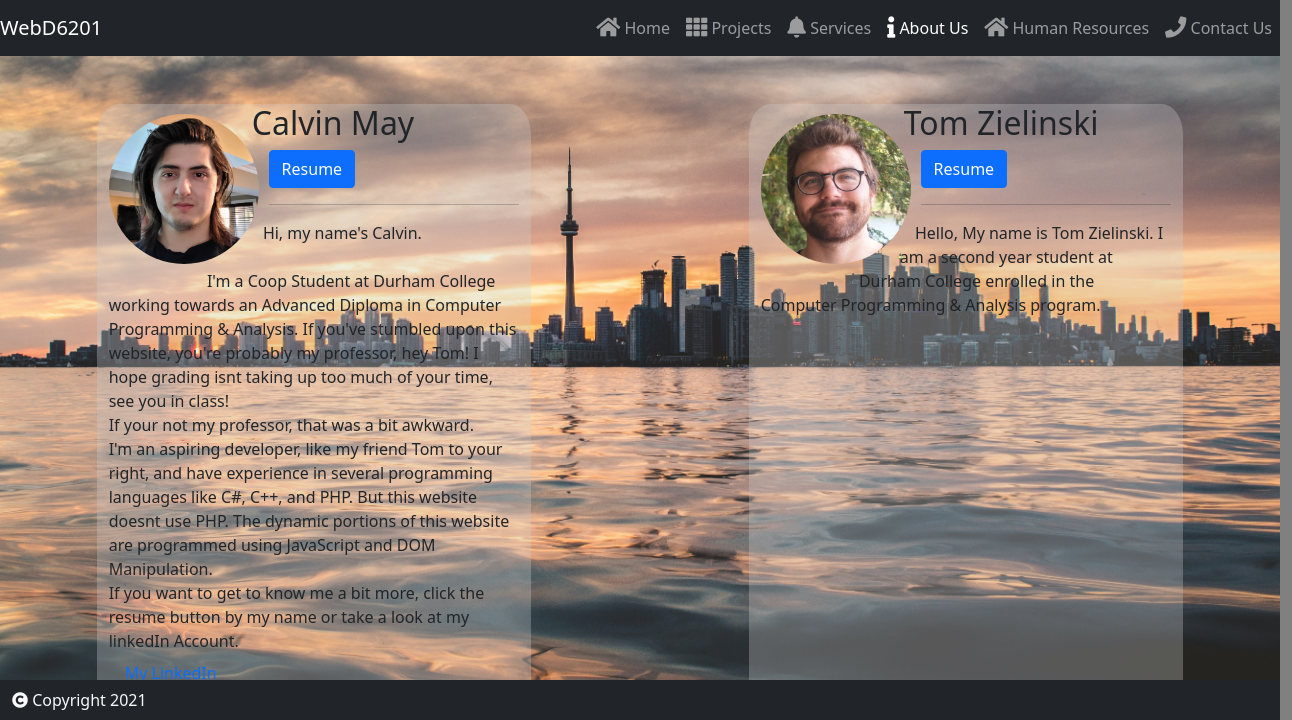
Repository: Tomelinski/Webd6201-Lab02
Page: about.html
The author's editor kept a copy of each file at every save. The page is drawn from the files as they stood at one save, then again after the next save.
The browser window is 1280 px wide. The page is 1292 px wide, so the pictures cover 1292 px, including what lies to the right of the window. The pictures show the whole page.
Backgrounds fixed to the window are drawn as part of the page.

Above is the page before, as saved 2021-02-05 19:42:48.

### about.html
<!-- Author(s): Tom Zielinski,
 *              Calvin May
 *
 *   Date: 02/02/2021 | Last Modified: 02/03/2021
 *   Document: about.html
 *   Description: ...
-->
<!DOCTYPE html>
<html lang="en">
<head>
    <meta charset="UTF-8">
    <meta name="viewport" content="width=device-width, initial-scale=1.0">
    <title>About</title>
    <!-- -->
    <link rel="stylesheet" href="./node_modules/bootstrap/dist/css/bootstrap.min.css">
    <link rel="stylesheet" href="./node_modules/@fortawesome/fontawesome-free/css/all.min.css">
    <link rel="stylesheet" href="./Content/app.css">

</head>
<body>
      <!-- Main header -->
      <header>
        <!-- Main Nav -->
          <nav class="navbar navbar-expand-lg navbar-dark bg-dark ">
              <a class="navbar-brand" href="./index.html">WebD6201</a>
              <button class="navbar-toggler" type="button" data-toggle="collapse" data-target="#navbarSupportedContent" aria-controls="navbarSupportedContent" aria-expanded="false" aria-label="Toggle navigation">
                <span class="navbar-toggler-icon"></span>
              </button>

              <div class="collapse navbar-collapse" id="navbarSupportedContent">
                <ul id="pageList" class="navbar-nav ms-auto mb-2 mb-lg-0">
                  <li class="nav-item ">
                    <a class="nav-link" aria-current="page" href="index.html"><i class="fas fa-home fa-lg"></i> Home</a>
                  </li>

                  <li class="nav-item">
                      <a id="projects" class="nav-link" aria-current="page" href="products.html"><i class="fas fa-th fa-lg"></i> Products</a>
                  </li>

                  <li class="nav-item">
                      <a class="nav-link" aria-current="page" href="services.html"><i class="fas fa-bell fa-lg"></i> Services</a>
                  </li>

                  <li class="nav-item">
                      <a class="nav-link active" aria-current="page" href="about.html"><i class="fas fa-info fa-lg"></i> About Us</a>
                  </li>

                  <li class="nav-item">
                      <a class="nav-link" aria-current="page" href="contact.html"><i class="fas fa-phone fa-lg"></i> Contact Us</a>
                  </li>
                </ul>
              </div>
            </nav>
      </header>

      <main>
        <div class="container"></div>
          <div class="row justify-content-around">
            <div id="about-calvin" class="col-4 mt-5 about-background">

            </div>
            <div id="about-tom" class="col-4 mt-5 about-background">

            </div>
          </div>
        </div>
      </main>

    <!-- Script section -->
    <script src="./node_modules/jquery/dist/jquery.min.js"></script>
    <script src="./node_modules/bootstrap/dist/js/bootstrap.bundle.min.js"></script>
    <script src="./Scripts/app.js"></script>
</body>

</html>

### Content/app.css
/* Author(s): Tom Zielinski,
 *              Calvin May
 *
 *   Date: 02/02/2021 | Last Modified: 02/03/2021
 *   Document: Services.html
 *   Description: ...
*/
/* Custom css page */
body{
    width:100vw;
    height:100vh;
    background: url("../Pictures/Toronto.jpg") no-repeat center center fixed;
    -webkit-background-size: cover;
    -moz-background-size: cover;
    -o-background-size: cover;
    background-size: cover;
    overflow-x: hidden;
    margin:0px;
    min-height:100%;
    background-color: gray;
}

.headshot-portrait{
    width: 150px;
    height: 150px;
    border-radius: 50%;
    float: left;
    shape-outside: circle();
    margin: 10px 10px 15px 0px;
}

.about-background{
    background: rgba(210, 210, 210, 0.3);
    border-radius: 5%;

}

### Scripts/app.js
/** Author(s): Tom Zielinski,
 *             Calvin May
 *
 *  Date: 02/02/2021 | Last Modified: 02/03/2021
 *  Document: app.js
 *  Description: ...
 */

/** Custom JavaScript Page */

/** IFFE Function */
(() => {

    // Declarations
    let mainContent = document.getElementsByTagName("main")[0]; // Holds the <main> element


    // First Fix the upper, lower navbars. Ensuring they display properly
    fixNavBars();

    /** Web Application Startup Functions */
    /** Start() - Lets the application know which content to load
     *          based on the title of the document.
    */
    function Start() {
        console.log("Web App Started.");``


        // A switch case used to figure out which page is being loaded.
        switch (document.title) {
            case "Home":
                displayHomePage();
                break;
            case "About":
                displayAboutPage();
                break;
            case "Contact":
                displayContactPage();
                break;
            case "Projects":
                displayProjectsPage();
                break;
            case "Services":
                displayServicesPage();
                break;
            case "Human Resources":
                displayHumanResourcesPage();
                break;
        }

    }

    /** Display Page Content Functions */
    /** displayHomePage() - Loads the Content for index.html */
    function displayHomePage() {

        let newParagraph = document.createElement("p");
        newParagraph.setAttribute("id", "paragraphOne");
        newParagraph.className = "fs-6 col col-md-4 mt-5 m-auto px-4 border border-dark border-4 rounded";
        newParagraph.textContent = "Welcome to Cavlin May's and Tom Zielinski's Webd6201 Lab01 webpage.";

        mainContent.appendChild(newParagraph);
    }

    /** displayAboutPage() - Loads the Content for about.html */
    function displayAboutPage() {

        // About Tom Content
        //-Create Elements for About Tom
        let aboutTomDiv = document.getElementById("about-tom");
        let tomHeading = document.createElement("h2");
        let pic = document.createElement("img");
        let aboutTom = document.createElement("p");
        let tomResume = document.createElement("a");

        // Set the Attributes, html, and Content for Toms Elements
        //-Name Heading
        tomHeading.textContent = "Tom Zielinski";
        //-Portrait
        pic.setAttribute("src", "../Pictures/Tom.jpeg");
        pic.setAttribute("class", "headshot-portrait");
        pic.setAttribute("alt", "Headshot of Tom");
        //-Resume
        tomResume.setAttribute("href", "../files/resumes/Tom_Resume.pdf");
        tomResume.setAttribute("download", "");
        tomResume.setAttribute("class", "btn btn-primary");
        tomResume.textContent = "Resume";
        //-About Info
        aboutTom.innerHTML = `<hr/><p>Hello, My name is Tom Zielinski. I am a second year student at Durham College enrolled in the Computer Programming & Analysis program.</p>`;

        // Insert the Elements within the about-tom div
        aboutTomDiv.appendChild(pic);
        aboutTomDiv.appendChild(tomHeading);
        aboutTomDiv.appendChild(tomResume);
        aboutTomDiv.appendChild(aboutTom);

        // About Calvin Content
        //-Create Elements for About Calvin
        let aboutCalvinDiv = document.getElementById("about-calvin");
        let calvinHeading = document.createElement("h2");
        let calvinPortrait = document.createElement("img");
        let aboutCalvin = document.createElement("p");
        let calvinResume = document.createElement("a");

        // Set the Attributes, html, and Content for Toms Elements
        //-Name Heading
        calvinHeading.textContent = "Calvin May";
        //-Portrait
        calvinPortrait.setAttribute("src", "../Pictures/Calvin.jpg");
        calvinPortrait.setAttribute("class", "headshot-portrait");
        calvinPortrait.setAttribute("alt", "Headshot of Tom");
        //-Resume
        calvinResume.setAttribute("href", "../files/resumes/Calvin_Resume.pdf");
        calvinResume.setAttribute("download", "");
        calvinResume.setAttribute("class", "btn btn-primary");
        calvinResume.textContent = "Resume";
        //-About Info
        aboutCalvin.innerHTML = `<hr/>
        <p>Hi, my name's Calvin. <br/><br/>
        I'm a Coop Student at Durham College working towards an Advanced Diploma in
        Computer Programming & Analysis. If you've stumbled upon this website, you're
        probably my professor, hey Tom! I hope grading isnt taking up too much of your
        time, see you in class! <br/>
        If your not my professor, that was a bit awkward. <br/>
        I'm an aspiring developer, like my friend Tom to your right, and have experience
        in several programming languages like C#, C++, and PHP. But this website doesnt
        use PHP. The dynamic portions of this website are programmed using JavaScript
        and DOM Manipulation.
        <br/>
        If you want to get to know me a bit more, click the resume button by my name or
        take a look at my linkedIn Account. <br/>
        <a class="nav-link" href="https://www.linkedin.com/in/calvin-may-384798200/">My LinkedIn</a>
        </p>`;

        // Insert the Elements within the about-tom div
        aboutCalvinDiv.appendChild(calvinPortrait);
        aboutCalvinDiv.appendChild(calvinHeading);
        aboutCalvinDiv.appendChild(calvinResume);
        aboutCalvinDiv.appendChild(aboutCalvin);
    }

    /** displayContactPage() - Loads the Content for contact.html */
    function displayContactPage() {

    }

    /** displayProjectsPage() - Loads the Content for projects.html */
    function displayProjectsPage() {

    }

    /** displayServicesPage() - Loads the Content for services.html */
    function displayServicesPage() {

    }

    /** displayHumanResourcesPage() - Loads the Content for human_resources.html */
    function displayHumanResourcesPage() {


    }

    /**
     * fixNavBars() - This Function is used to finish creating the Header/Footer Navbars
     *              using DOM Manipulation and Injection. First it fixes the "Products"
     *              NavBar link to correctly show, "Projects" and link to the projects.html
     *              page. It also Insert a new NavBar link, "Human Recources" between
     *              "About us" and "Contact Us" links. Finally, it adds a footer to the
     *              bottom of the page.
     */
    function fixNavBars()
    {
        // Fix the "Products" Nav item
        let projectPageAnchor = document.getElementById("projects");    // Get the Nav item Anchor tag by id
        projectPageAnchor.setAttribute("href", "projects.html");        // Correctly set the Hypertext Reference attribute
        projectPageAnchor.innerHTML = "<i class=\"fas fa-th fa-lg\"></i> Projects"; // Correctly set the text to indicate a project page

        // Insert a Nav item for Human Resources
        let navBarItemList = document.getElementById("pageList");  // Get the <ul> holding the Page links
        let humanResourcesListItem = document.createElement("li"); // Create a new list Item
        humanResourcesListItem.setAttribute("class", "nav-item");  // Set the class of the list item to "nav-item"
        // Create the anchor that will exist within the humanResourcesListItem
        let hrListItemData = '<a class="nav-link" aria-current="page" ' +
                             'href="human_resources.html"><i class="fas fa-home fa-lg"></i> Human Resources</a>';
        // Set the innerHtml with the data above
        humanResourcesListItem.innerHTML = hrListItemData;
        // Insert the new listitem before the 8th child within the <ul>
        //-(8th because it counts both the <li> elements and the <a> elements within)
        navBarItemList.insertBefore(humanResourcesListItem, navBarItemList.childNodes[8]);


        // Insert a new footer NavBar
        let footerData = "";    // A variable to hold the html code for the footers navBar
        // Create the footer element
        let pageFooter = document.createElement("footer");
        // Insert the new footer element before the "next" sibling of <main>
        //-Reads as <body>.insertBefore(pageFooter, elementAfterMain)
        mainContent.parentNode.insertBefore(pageFooter, mainContent.nextSibling);

        footerData = '<nav class="navbar fixed-bottom navbar-dark bg-dark"> ' +
                     '<div class="container-fluid"> ' +
                     '<h7 class="text-light"><i class="fas fa-copyright text-light"></i> Copyright 2021</h7> ' +
                     '</div> ' +
                     '</nav> ';
        pageFooter.innerHTML = footerData;

    }

    // Add an event listener for the load event (Page load).
    //-Call the Start() function so that we can display page
    //-specific content
    window.addEventListener("load", Start);

})();

Loaded but not shown: node_modules/bootstrap/dist/css/bootstrap.min.css (library); node_modules/@fortawesome/fontawesome-free/css/all.min.css (library); node_modules/jquery/dist/jquery.min.js (library); node_modules/bootstrap/dist/js/bootstrap.bundle.min.js (library)

After the next save:
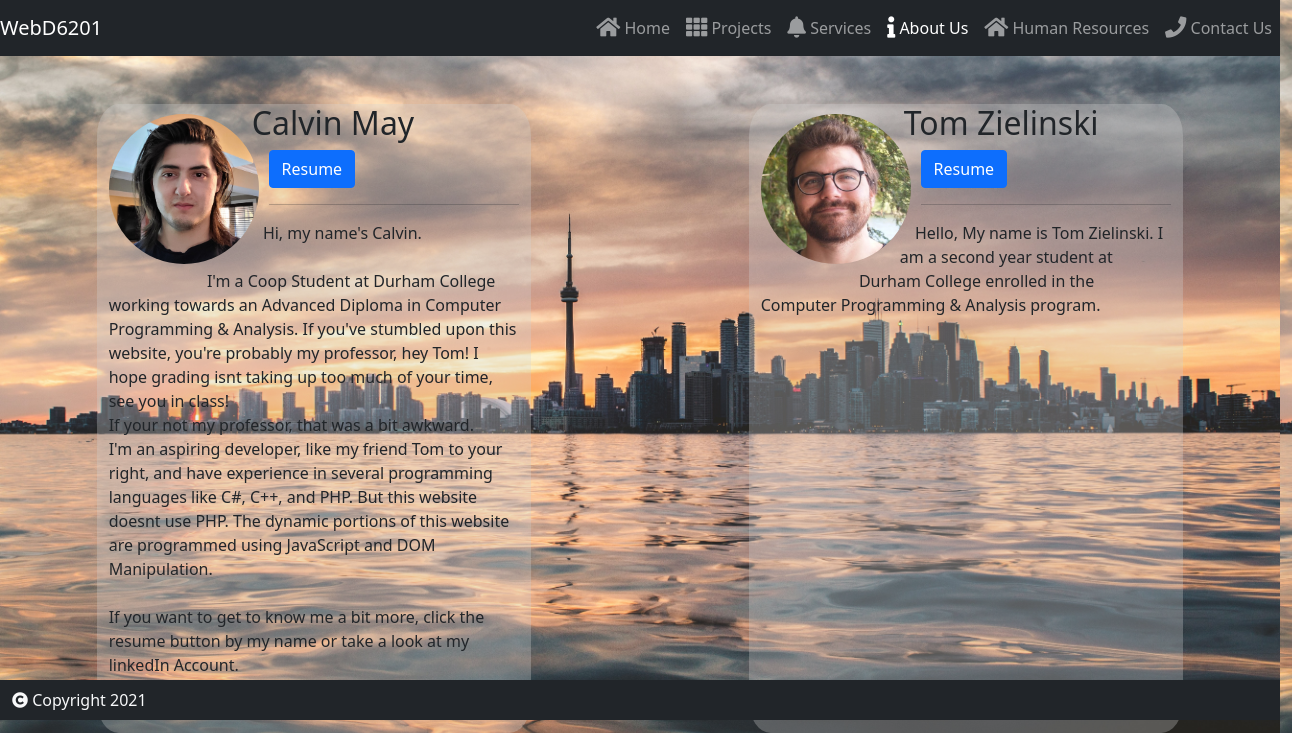
Saved 16 s later.
--- a/Scripts/app.js
+++ b/Scripts/app.js
@@ -126,7 +126,7 @@
         in several programming languages like C#, C++, and PHP. But this website doesnt
         use PHP. The dynamic portions of this website are programmed using JavaScript
         and DOM Manipulation.
-        <br/>
+        <br/> <br/>
         If you want to get to know me a bit more, click the resume button by my name or
         take a look at my linkedIn Account. <br/>
         <a class="nav-link" href="https://www.linkedin.com/in/calvin-may-384798200/">My LinkedIn</a>
